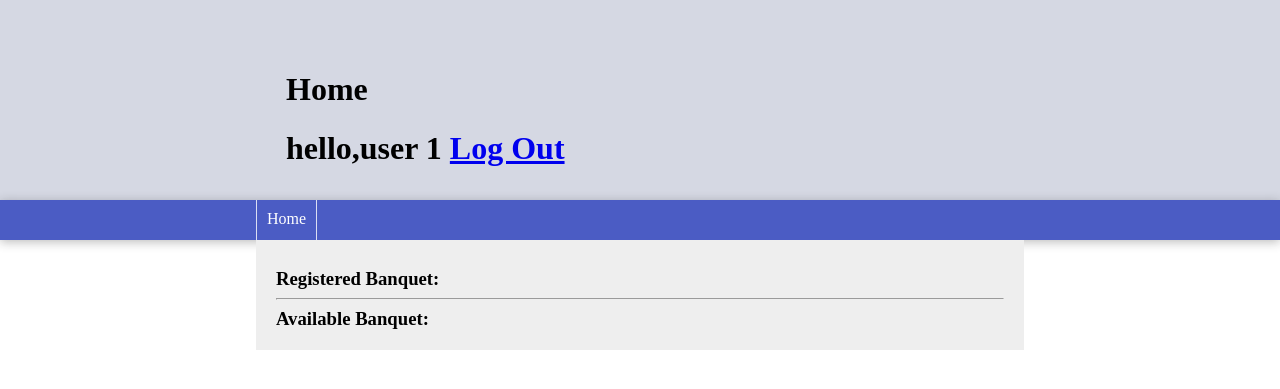
Repository: shingjan/Conference_Mgt_System
Page: http://localhost/user-home.php
The author's editor kept a record of every edit. The page is drawn from the files as they stood at one moment, then again after the next edit.
The browser window is 1280 px wide. The pictures show the whole page.
The page is run by PHP 8.4 with error messages shown; the project is at /var/www/html/. The session is filled in as if someone had signed in: {"admin": 1, "uid": 1, "user": 1}. Other server files are loaded and not shown. Queries for data that is not in the repository find no rows.

Above is the page before.

### user-home.php
<?php
    session_start();
    $db=mysql_connect("mysql.comp.polyu.edu.hk", "13104448d", "suling1234");
    mysql_select_db("13104448d");

    $banquet_query = "Select * from Banquet";
    $banquets = mysql_query($banquet_query, $db);

?>
<!DOCTYPE html>
<html>
    <head>
        <link rel="stylesheet" href="stylesheet.css" type="text/css" />
    </head>
    <body>
        <div class="container">
            <div class="header">
                <div class="logo">
                    <h1 style="margin-left: 30px;">Home</h1>
                    <h1 style="margin-left: 30px;">hello,user <?php echo($_SESSION['user']) ?>  <?php echo '<a href="logOut.php"> Log Out</a>';?></h1>
                </div>
            </div>
            <div class="menu">
                <div class="menu-item" style="padding:0; margin:0; height: 40px;">
                </div>
                <a class="menu-item" href="user-home.php">Home</a>
                </div>
            <div class="contents">
                <div class="field-group-title">
                    <h3>Registered Banquet: </h3>
                </div>
                <div class="search-result-list">
                    <?php
                        $userbanquet_query = "SELECT * FROM Banquet WHERE Banquet_ID IN (
                            SELECT Banquet_ID FROM Record,Attendee WHERE Attendee.Attendee_Account = '".$_SESSION['user']."' And Record.Attendee_ID = Attendee.Attendee_ID)";
                        $userbanquets = mysql_query($userbanquet_query, $db);
                        while($registed = mysql_fetch_assoc($userbanquets))
                        {
                            ?>
                            <div class="search-result-list-item">
                                Name: <?=$registed['Banquet_Name']?><br/>
                                Time: <?=$registed['Banquet_Date']?><br/>
                                <button class="sButton" href="edit-registration.php?id=<?=$registed['Banquet_ID']?>">Edit</button>
                            </div>
                            <?php
                        }
                    ?>
                </div>
                <hr/>
                <div class="field-group-title">
                    <h3>Available Banquet: </h3>
                </div>
                <div class="search-result-list">
                    <?php
                        while($row = mysql_fetch_assoc($banquets))
                        {
                            ?>

                            <div class="search-result-list-item">
                                Name: <?=$row['Banquet_Name']?><br/>
                                Time: <?=$row['Banquet_Date']?><br/>
                                <button class="sButton" onclick = "window.location.href='register.php?bid=<?=$row['Banquet_ID']?>'">Register</button>
                            </div>

                            <?php
                        }
                    ?>
                </div>
            </div>
        </div>
    </body>
</html>

### stylesheet.css
/*Layout*/
body
{
    margin: 0px;
    padding: 0px;
}
.container
{
    width: 100%;
    height: 100%;
}
.contents
{
    clear: both;
    margin: 0px 20% 0 20%;
    padding: 20px 20px 20px 20px;
    background-color: #EEEEEE;
}
.header
{
    padding: 50px 20% 50px 20%;
    height: 100px;

    background-color: #d5d8e3;
}
.main
{
    margin: 0;
    padding-left: 40px;
}

/*Menu*/
.menu
{
    height: 40px;
    width: 60%;
    /*float: left;*/
    padding: 0 20% 0 20%;
    margin: 0;

    box-shadow: 0 2px 10px 0px rgba(30,30,30,0.3);
    background-color: #4b5cc4;
    list-style-type: none;
}
.menu .menu-item
{
    height: 20px;
    float:left;
    vertical-align: center;
    display:inline;

    background-color: #4b5cc4;
    padding:10px 10px;
    border-right:1px solid rgba(255,255,255,0.8);
}
.menu a
{
    text-decoration: none;
    color:white;
}
.menu .menu-item:hover {background-color:#44cef6}

.menu .logout
{
    float: right;
    display: inline-block;
}
/*Index banquet list*/
.banquet-list .sButton
{
    float: left;
}
.banquet-list .field
{
    clear: both;
    float: left;
}

/*Form Style*/
.field-group-title h3
{
    margin-top: 8px;
    margin-bottom: 0;
}

.field
{
    padding: 10px 10px 0px 24px;
}
.field label
{

}

.field .field-describ
{
    margin-left: 40px;
}

.field input{
    margin-left: 60px;
    margin-top: 10px;
    min-width: 200px;
    padding: 3px;
    padding-left: 7px;
}

.field .radio-group
{
    margin-left: 40px;
    width: 400px;
}

.field .radio-group .radio
{
    /*float: left;*/
    display: inline;
}
.field .radio-group .radio input
{
    margin-left: 5px;
    min-width: 0px;
    /*width: px;*/

}

.field .table-setting
{
    padding-left: 10px;
}
.field .table-setting label
{
    margin-bottom: 10px;
    display: block;
}

.field .table-setting-item
{
    margin-left: 10px;
    margin-bottom: 10px;
    display: inline-block;
}


/*Button Style*/
.sButton{
    min-width: 60px;
    min-height: 30px;
    padding: 6px;

    border: 0px;
    border-radius: 2px;
    box-shadow: 1px 2px 3px 0px rgba(30,30,30,0.5);

    color: white;
    background-color: #4b5cc4;
    /*color: white;*/

}
.sButton-disabled{
    min-width: 60px;
    min-height: 30px;
    padding: 6px;

    border: 0px;
    border-radius: 2px;
    box-shadow: 1px 2px 3px 0px rgba(30,30,30,0.5);

    color: white;
    background-color: #DDDDDD;
    /*color: white;*/

}

select{
    padding: 6px;
}


/*Login form*/
.loginForm{
    margin: 15% 40% 0% 40%;
    padding: 50px;
    max-width: 400px;
    max-height: 300px;

    font-family: monospace;
    text-transform: uppercase;
    text-align: center;

    box-shadow: 3px 5px 10px 0px rgba(5,5,5, 0.4);
    background-color: #DDDDDD;
}
.loginField
{
    line-height: 40px;
}
.loginField input
{
    padding: 5px;

    border: 0px;
    border-radius: 1px;
    box-shadow: 1px 2px 2px 0px rgba(30,30,30, 0.4);
}

.loginForm .sButton
{
    margin-top: 20px;
}

/*Search Form*/
.search-option
{
    padding: 0px 0px 10px 20px;
}

.search-option .field-group
{
    margin-bottom: 8px;
}
.search-option input{
    margin-top: 10px;
    padding: 3px;
    padding-left: 7px;

    line-height: 20px;
}
.search-option label
{
    width: 54px;
    display: inline-block;
}
.search-option .sButton{
    min-width: 80px;
    min-height: 30px;
    padding: 6px;
    margin-left: 12px;

    border: 0px;
    border-radius: 2px;
    box-shadow: 1px 2px 3px 0px rgba(30,30,30,0.5);

    color: white;
    background-color: #4b5cc4;
}
.search-result
{
    padding-top: 10px;
}
.search-result-list-item
{
    width: 200px;
    margin: 10px 20px;
    padding-bottom: 15px;

    /*display:inline-block;*/
}
.search-result-list-item .sButton
{
    min-height: 31px;
    margin-top: 10px;
    /*margin-left: 100px;*/
}
.search-result-list table
{
    width: 100%;
    border-collapse:collapse;
    border: 1 rgba(200,200,200,0.8);
}
.search-result-list .ASC
{
    color: Red;
}
.search-result-list .DESC
{
    color: green;
}

.search-result-list td
{
    padding: 6px 10px;
    text-align: center;
}

.search-result-list-row-header th
{
    background-color: #DDDDDD;
    height: 36px;
}

After the next edit:
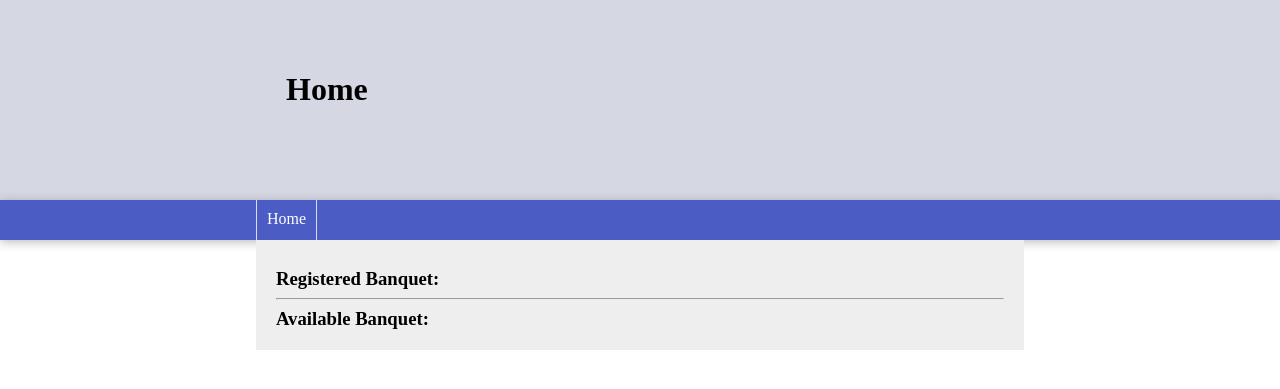
The edit:
--- a/user-home.php
+++ b/user-home.php
@@ -17,7 +17,6 @@
             <div class="header">
                 <div class="logo">
                     <h1 style="margin-left: 30px;">Home</h1>
-                    <h1 style="margin-left: 30px;">hello,user <?php echo($_SESSION['user']) ?>  <?php echo '<a href="logOut.php"> Log Out</a>';?></h1>
                 </div>
             </div>
             <div class="menu">
